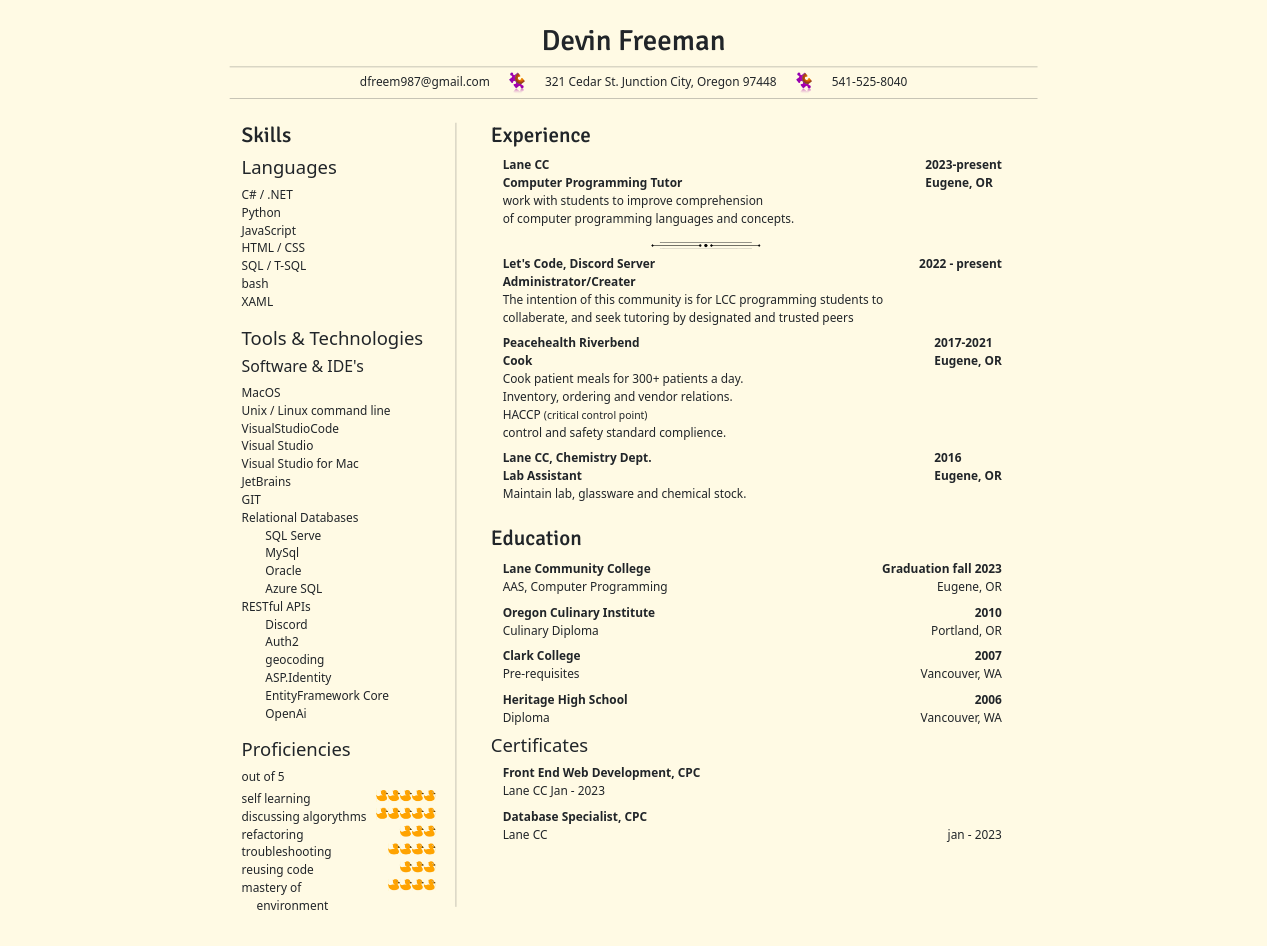
Repository: Dfreem/Resume
Page: index.html
These files come from the project's save history. The page is drawn as it stood at one moment and after the next save; the edit follows.
The browser window is 1280 px wide. The pictures show the whole page, at 99% of full size.

Above is the page before, as saved 2023-02-13 09:38:32.

After the next save:
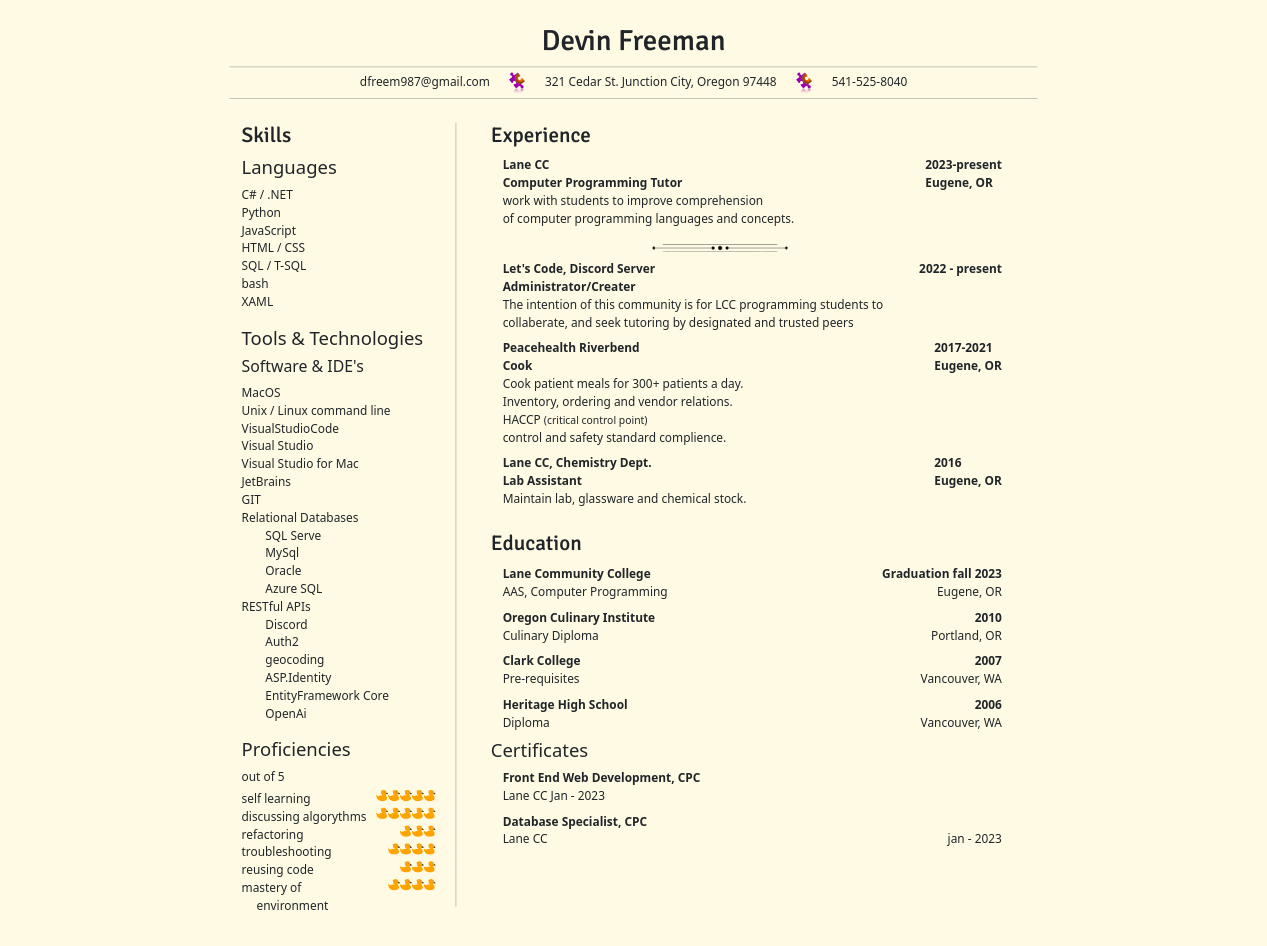
Saved 5 s later.
--- a/resume.css
+++ b/resume.css
@@ -56,7 +56,7 @@ h4 {
 .seperater {
     position: relative;
     right: -30%;
-    height:20px;
+    height:25px;
 }
 
 .education {
